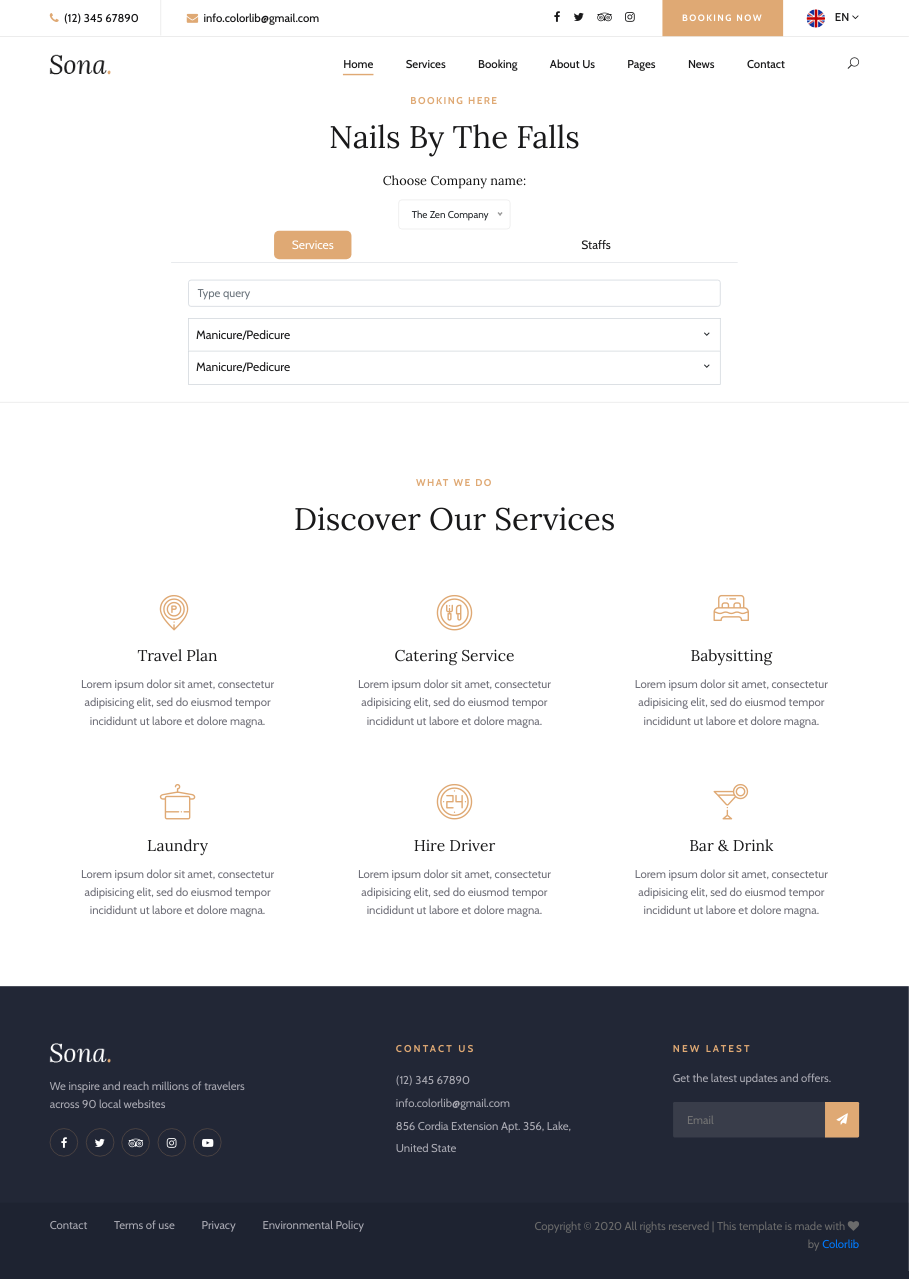
Repository: KeriBoss/Booking_Spa
Page: booking.html
The author's editor kept a copy of each file at every save. The page is drawn from the files as they stood at one save, then again after the next save.
The browser window is 1280 px wide. The pictures show the whole page, at 71% of full size.

Above is the page before, as saved 2023-05-19 16:33:38.

After the next save:
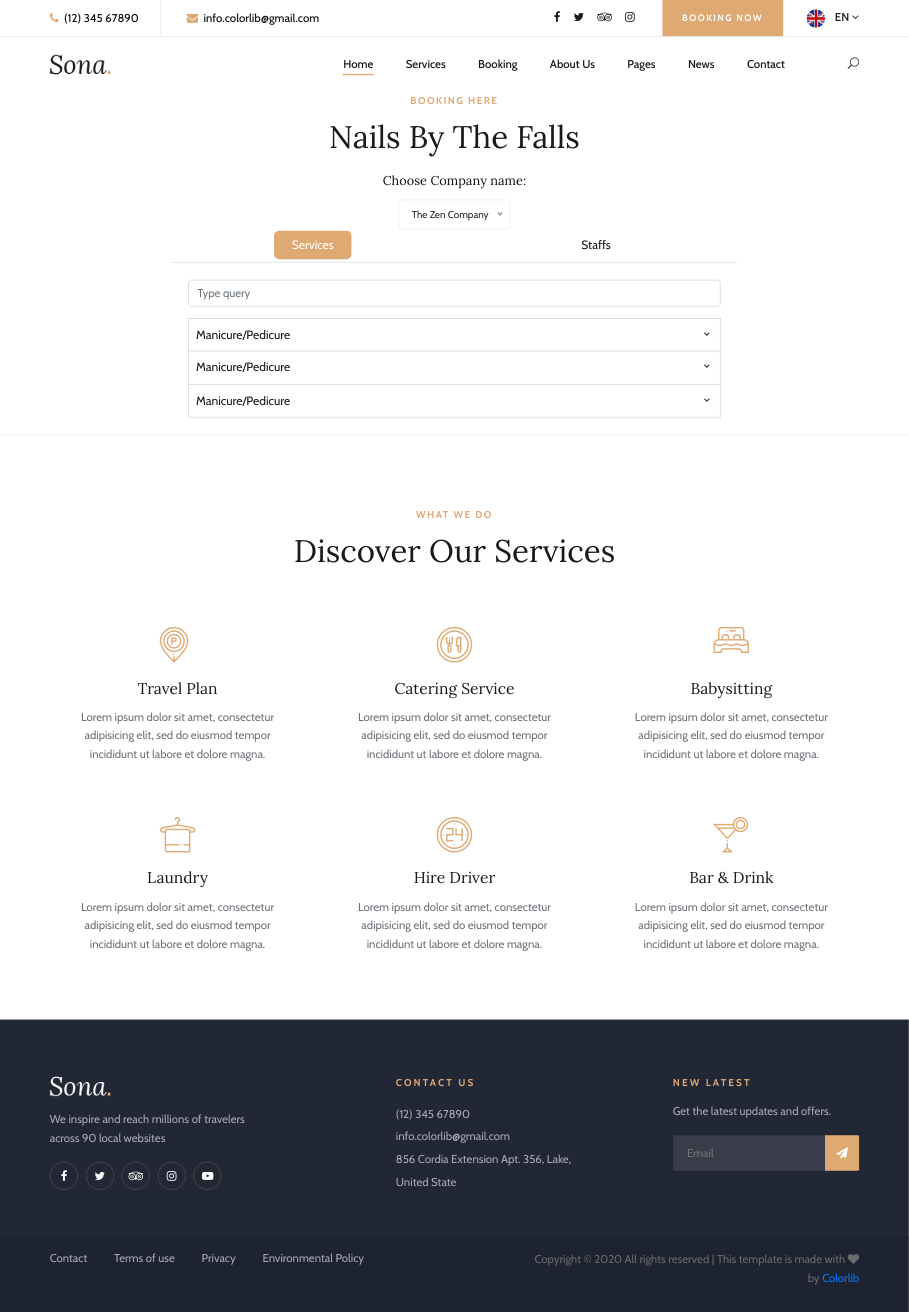
Saved 46 s later.
--- a/booking.html
+++ b/booking.html
@@ -255,6 +255,30 @@
                                                 </div>
                                             </div>
                                         </div>
+                                        <div class="collapse-item">
+                                            <a data-toggle="collapse" href="#service3" role="button"
+                                                aria-expanded="false" aria-controls="service3">Manicure/Pedicure</a>
+                                            <span class="float-right"><i class='bx bx-chevron-down'></i></span>
+                                            <div class="row">
+                                                <div class="col">
+                                                    <div class="collapse multi-collapse" id="service3">
+                                                        <div class="row">
+                                                            <div class="col-12">
+                                                                <div class="item-service ">
+                                                                    <div class="desc-left">
+                                                                        <p>Express Manicure</p>
+                                                                        <p><i class='bx bx-time-five'></i> 01 hours 30 minutes <span class="space">.</span> <span class="price">$20</span></p>
+                                                                    </div>
+                                                                    <div class="desc-right">
+                                                                        <input type="radio" name="services">
+                                                                    </div>
+                                                                </div>
+                                                            </div>
+                                                        </div>
+                                                    </div>
+                                                </div>
+                                            </div>
+                                        </div>
                                     </div>
                                 </form>
                             </div>
